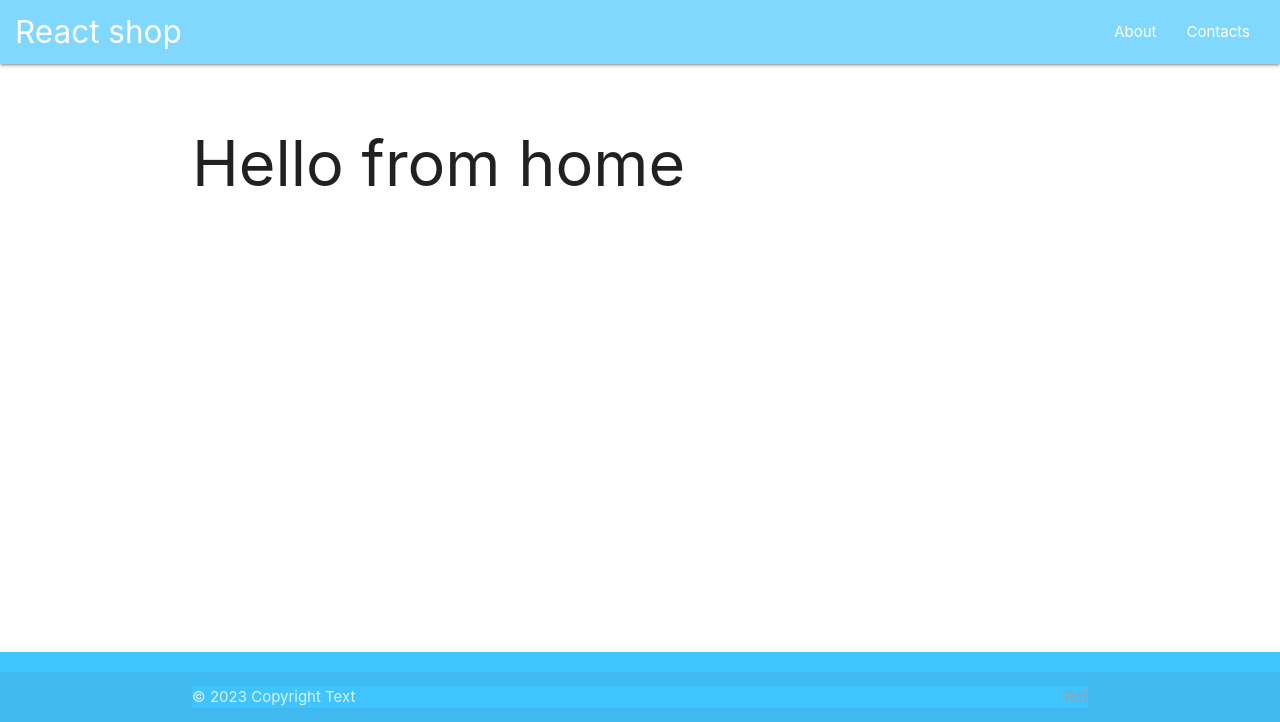
Repository: qui-qui-qui/react-recipe
Page: /
An editor plug-in stored every save of this project. The page is shown before and after the next save, followed by the edit.
The browser window is 1280 px wide. The pictures show the whole page.
The project was rebuilt for these pictures with package versions that can differ from the ones it lists, and the page was loaded fresh each time. Also part of the build but not shown: src/pages/About.jsx, src/pages/Contact.jsx, src/pages/NotFound.jsx.

Above is the page before, as saved 2023-01-09 17:17:25.

### public/index.html
<!DOCTYPE html>
<html lang="en">
  <head>
    <meta charset="utf-8" />
    <link rel="icon" href="%PUBLIC_URL%/favicon.ico" />
    <meta name="viewport" content="width=device-width, initial-scale=1" />
    <meta name="theme-color" content="#000000" />
    <meta
      name="spa app"
      content="spa using routing"
    />
    <link rel="apple-touch-icon" href="%PUBLIC_URL%/logo192.png" />
    <link rel="manifest" href="%PUBLIC_URL%/manifest.json" />
    <title>SPA</title>
    <link rel="stylesheet" href="https://cdnjs.cloudflare.com/ajax/libs/materialize/1.0.0/css/materialize.min.css">
  </head>
  <body>
    <noscript>You need to enable JavaScript to run this app.</noscript>
    <div id="root"></div>
  </body>
</html>

### src/index.css
body {
  margin: 0;
  font-family: -apple-system, BlinkMacSystemFont, 'Segoe UI', 'Roboto', 'Oxygen',
    'Ubuntu', 'Cantarell', 'Fira Sans', 'Droid Sans', 'Helvetica Neue',
    sans-serif;
  -webkit-font-smoothing: antialiased;
  -moz-osx-font-smoothing: grayscale;
}

nav {
  padding: 0 1rem;
}

.content {
  min-height: calc(100vh - 70px - 62px);
  padding: 1.5rem 0;
}

.footer {
  padding: 0.8rem;
}

### src/App.js
import { BrowserRouter as Router, Routes, Route } from "react-router-dom";
import { Header } from "./components/Header";
import { Footer } from "./components/Footer";

import { Home } from "./pages/Home";
import { About } from "./pages/About";
import { Contact } from "./pages/Contact";
import { NotFound } from "./pages/NotFound";

function App() {
  return (
    <>
      <Router>
        <Header />
        <main className="container content">

            <Routes>
              <Route exact path="/" element={<Home />} />
              <Route path="/about" element={<About />} />
              <Route path="/contacts" element={<Contact />} />
              <Route element={<NotFound/>}/>
            </Routes>

        </main>
        <Footer />
      </Router>
    </>
  );
}

export default App;

### src/components/Header.jsx
import { Link } from "react-router-dom";

function Header() {
  return (
    <nav className="light-blue accent-1">
      <div className="nav-wrapper">
        <a href="!#" className="brand-logo left">
          React shop
        </a>
        <ul id="nav-mobile" className="right">
          <li>
            <Link to="/about">
                About
            </Link>
          </li>
          <li>
            <Link to="/contacts">
                Contacts
            </Link>
          </li>
        </ul>
      </div>
    </nav>
  );
}

export { Header };

### src/components/Footer.jsx
function Footer() {
  return <footer className="page-footer light-blue accent-2">
  <div className="footer-copyright">
    <div className="container light-blue accent-2">
    © {new Date().getFullYear()} Copyright Text
    <a className="grey-text right" href="#!">Ref</a>
    </div>
  </div>
</footer>
}

export {Footer}

### src/pages/Home.jsx
function Home() {
    return <h1>Hello from home</h1>
}

export {Home};

Loaded but not shown: src/index.js (common file)

After the next save:
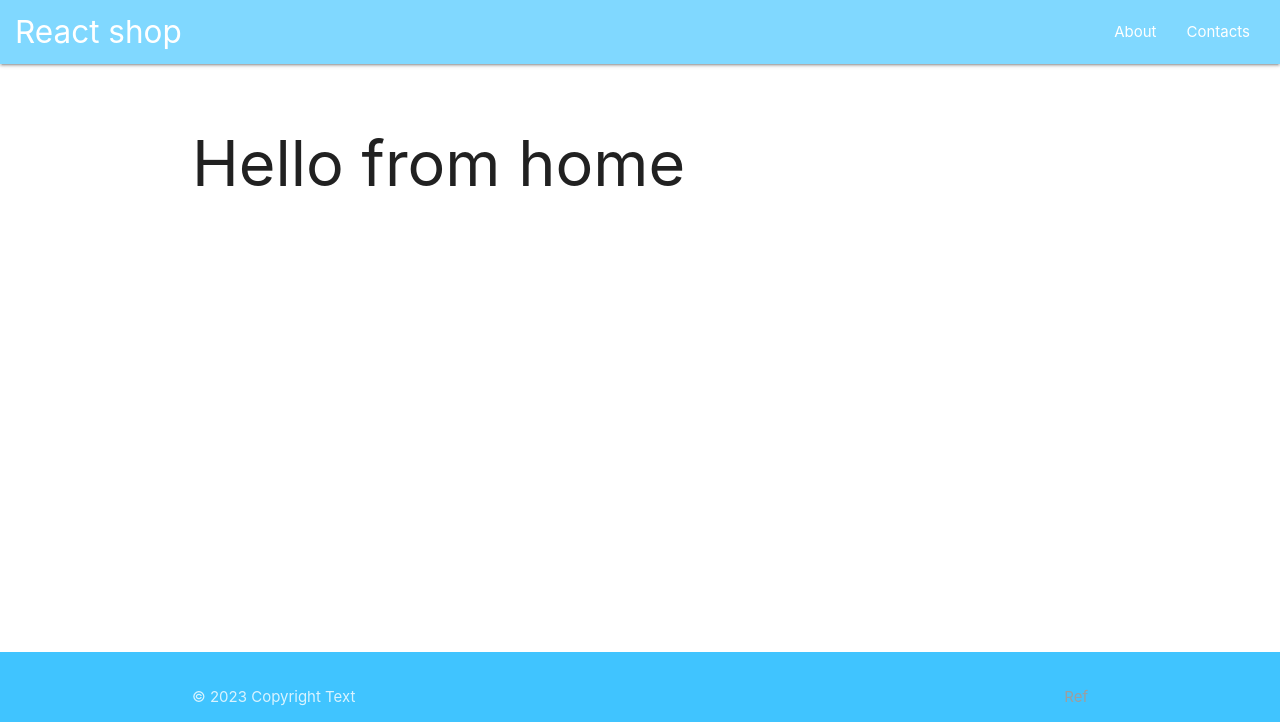
Saved 5 s later.
--- a/src/components/Footer.jsx
+++ b/src/components/Footer.jsx
@@ -1,7 +1,7 @@
 function Footer() {
   return <footer className="page-footer light-blue accent-2">
-  <div className="footer-copyright">
-    <div className="container light-blue accent-2">
+  <div className="footer-copyright light-blue accent-2">
+    <div className="container">
     © {new Date().getFullYear()} Copyright Text
     <a className="grey-text right" href="#!">Ref</a>
     </div>
